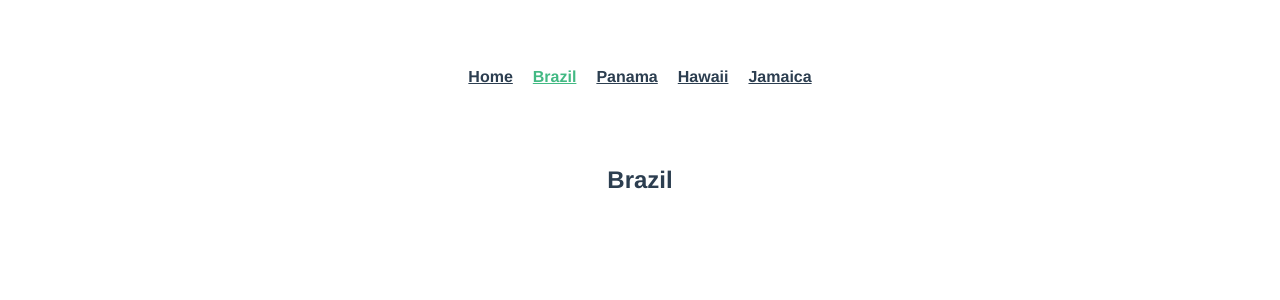
Repository: June-Hall/MiniTravelApp
Page: /#/brazil
An editor plug-in stored every save of this project. The page is shown before and after a run of saves, followed by the edit.
The browser window is 1280 px wide. The pictures show the whole page.
The project was rebuilt for these pictures with package versions that can differ from the ones it lists, and the page was loaded fresh each time. Also part of the build but not shown: vue.config.js, src/store.js, src/views/HomeView.vue.

Above is the page before, as saved 2023-03-29 20:52:25.

### src/App.vue
<template>
  <nav>
    <TheNavigation />
  </nav>
  <router-view />
</template>

<script>
import TheNavigation from "./components/TheNavigation.vue";

export default {
  components: {
    TheNavigation,
  },
};
</script>

<style>
#app {
  font-family: Avenir, Helvetica, Arial, sans-serif;
  -webkit-font-smoothing: antialiased;
  -moz-osx-font-smoothing: grayscale;
  text-align: center;
  color: #2c3e50;
}

nav {
  padding: 30px;
}

nav a {
  font-weight: bold;
  color: #2c3e50;
  padding: 0 10px;
}

nav a.router-link-exact-active {
  color: #42b983;
}
</style>

### src/router/index.js
import { createRouter, createWebHashHistory } from "vue-router";
import HomeView from "../views/HomeView.vue";

const routes = [
  {
    path: "/",
    name: "home",
    component: HomeView,
  },
  {
    path: "/about",
    name: "about",
    // route level code-splitting
    // this generates a separate chunk (about.[hash].js) for this route
    // which is lazy-loaded when the route is visited.
    component: () =>
      import(/* webpackChunkName: "about" */ "../views/AboutView.vue"),
  },
  {
    path: "/brazil",
    name: "brazil",
    component: () =>
      import(/* webpackChunkName: "brazil" */ "../views/BrazilView.vue"),
  },
  {
    path: "/hawaii",
    name: "hawaii",
    component: () =>
      import(/* webpackChunkName: "hawaii" */ "../views/HawaiiView.vue"),
  },
  {
    path: "/jamaica",
    name: "jamaica",
    component: () =>
      import(/* webpackChunkName: "jamaica" */ "../views/JamaicaView.vue"),
  },
  {
    path: "/panama",
    name: "panama",
    component: () =>
      import(/* webpackChunkName: "panama" */ "../views/PanamaView.vue"),
  },
];

const router = createRouter({
  history: createWebHashHistory(),
  routes,
});

export default router;

### src/components/TheNavigation.vue
<template>
  <nav id="nav">
    <router-link to="/">Home</router-link>
    <router-link to="/brazil">Brazil</router-link>
    <router-link to="/panama">Panama</router-link>
    <router-link to="/hawaii">Hawaii</router-link>
     <router-link to="/jamaica">Jamaica</router-link>
  </nav>
</template>

<style scoped>
#nav {
  display: flex;
  justify-content: center;
}
</style>

### src/views/BrazilView.vue
<template>
  <div>
    <h2>Brazil</h2>
  </div>
</template>

Loaded but not shown: public/index.html (common file); src/main.js (common file)

After the next 2 saves:
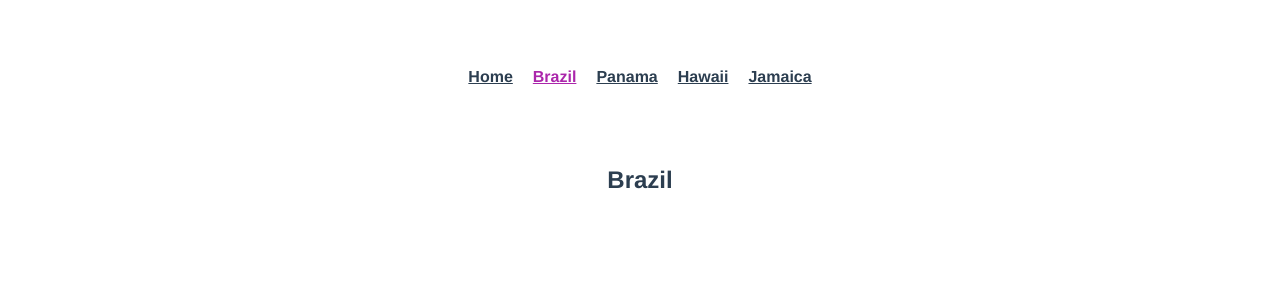
The 2 saves are shown as one change because they came seconds apart.
The last was saved 2 min 18 s later.
--- a/src/App.vue
+++ b/src/App.vue
@@ -35,6 +35,6 @@ nav a {
 }
 
 nav a.router-link-exact-active {
-  color: #42b983;
+  color: #ab26ab;
 }
 </style>
